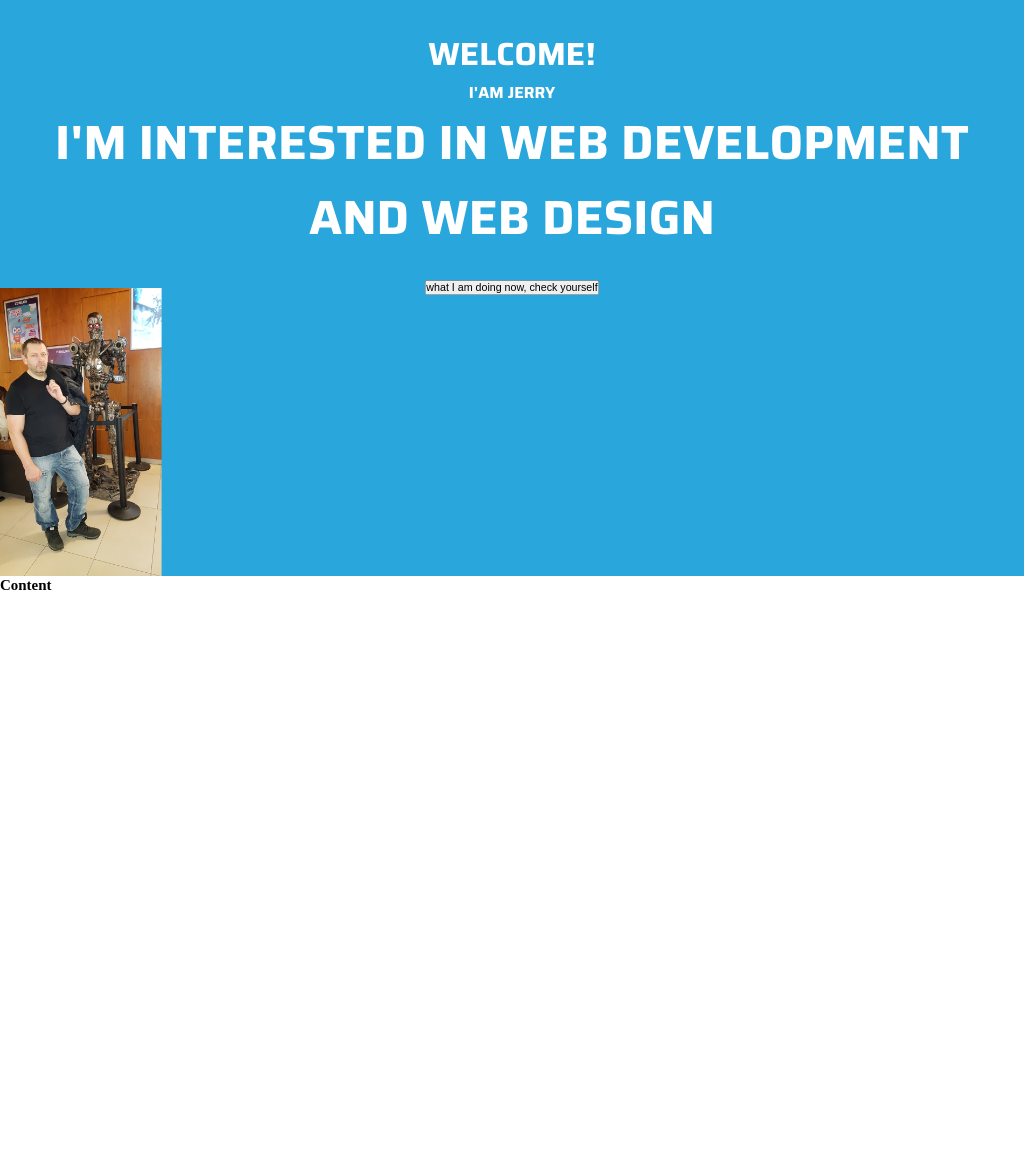
Repository: navanweb/dev
Page: jerry.html
An editor plug-in stored every save of this project. The page is shown before and after the next save, followed by the edit.
The browser window is 1280 px wide. The pictures show the whole page, at 80% of full size.

Above is the page before, as saved 2019-04-06 18:47:00.

### jerry.html
<!DOCTYPE html>
<html>

<head>
  <meta charset="UTF-8">
  <meta name="viewport" content="width=device-width, initial-scale=1.0">
  <meta http-equiv="X-UA-Compatible" content="ie=edge">
  <title>Jerry</title>
  <link href="https://fonts.googleapis.com/css?family=Saira:400,700" rel="stylesheet">
  <link rel="stylesheet" type="text/css" href="css/jerry.css">
</head>

<body>
  <header>
    <div class="welcome">
      <p>welcome!</p>
      <h1>I'am Jerry</h1>
      <h2>I'm interested in web development and web design</h2>
      <button>what I am doing now, check yourself</button>
    </div>
    <img src="images/jerry.jpg" alt="Jerry photo PCWitcher">
  </header>
  <h3>Content</h3>
</body>

</html>

### css/jerry.css
/* font-family: 'Saira', sans-serif; */

* {
    margin: 0;
    padding: 0;
    box-sizing: border-box;
}

header {
    position: relative;
    background-color: #29a6dc;
    height: 100vh;
    /* overflow: hidden; */
    /* max-width: 1920px; */
    /* margin: 0 auto; */
}

header>* {
    position: absolute;
}

header img {
    height: 50%;
    bottom: 0;
    /* right: 0; */
}

header .welcome {
    top: 5%;
    left: 5%;
    right: 5%;
}

header div {
    text-align: center;
    font-family: 'Saira', sans-serif;
    font-weight: bold;
    font-size: 40px;
    color: white;
    text-transform: uppercase;
}

header h1 {
    font-size: 20px;
}

h3 {
    height: 100vh;
}

After the next save:
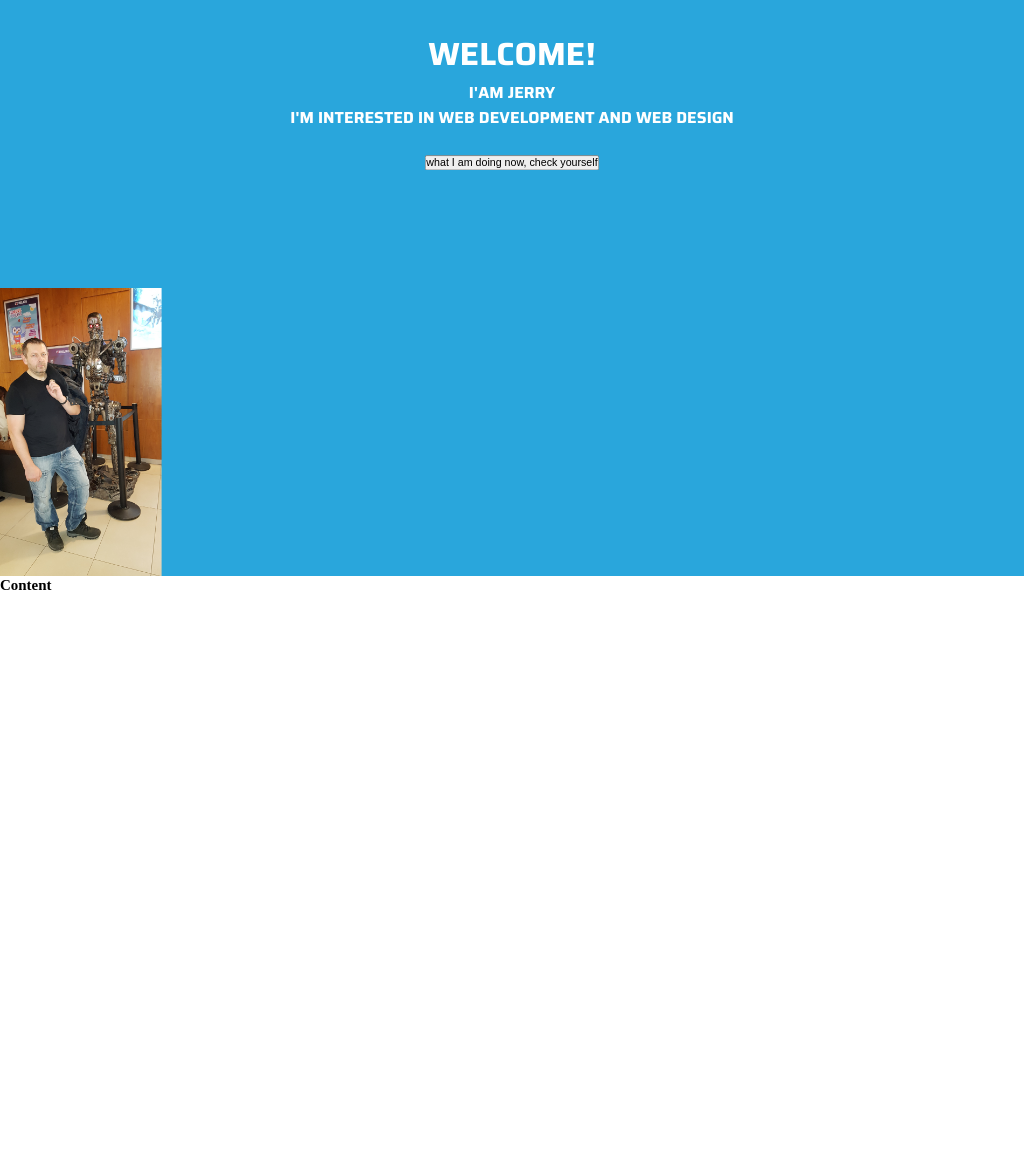
Saved 90 s later.
--- a/css/jerry.css
+++ b/css/jerry.css
@@ -44,6 +44,10 @@ header h1 {
     font-size: 20px;
 }
 
+header h2 {
+    font-size: 20px;
+}
+
 h3 {
     height: 100vh;
 }
